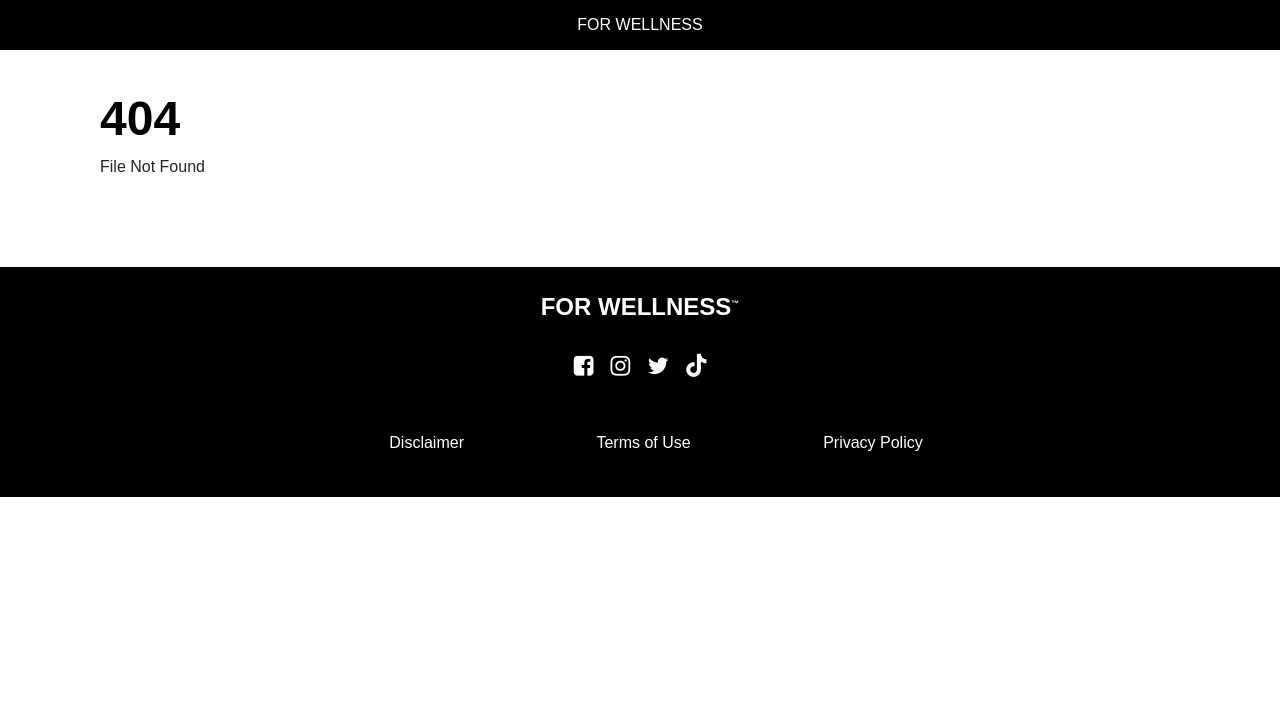
Repository: dariusprince90/wellness-landing
Page: 404.html
An editor plug-in stored every save of this project. The page is shown before and after the next save, followed by the edit.
The browser window is 1280 px wide. The pictures show the whole page.

Above is the page before, as saved 2023-08-02 16:41:33.

### 404.html
<!doctype html>
<html lang="en">

<head>
    <title>For Wellness Store</title>
    <!-- Required meta tags -->
    <meta charset="utf-8">
    <meta name="viewport" content="width=device-width, initial-scale=1, shrink-to-fit=no">

    <!-- Bootstrap CSS v5.2.1 -->
    <link href="https://cdn.jsdelivr.net/npm/bootstrap@5.2.1/dist/css/bootstrap.min.css" rel="stylesheet"
        integrity="sha384-iYQeCzEYFbKjA/T2uDLTpkwGzCiq6soy8tYaI1GyVh/UjpbCx/TYkiZhlZB6+fzT" crossorigin="anonymous">
    <link rel="stylesheet" href="https://cdnjs.cloudflare.com/ajax/libs/font-awesome/6.4.0/css/all.min.css"
        integrity="sha512-iecdLmaskl7CVkqkXNQ/ZH/XLlvWZOJyj7Yy7tcenmpD1ypASozpmT/E0iPtmFIB46ZmdtAc9eNBvH0H/ZpiBw=="
        crossorigin="anonymous" referrerpolicy="no-referrer" />
    <link rel="stylesheet" href="https://maxcdn.bootstrapcdn.com/font-awesome/4.7.0/css/font-awesome.min.css">
    <link rel="stylesheet" href="css/styles.css">


</head>

<body >
    <header>
        FOR WELLNESS

    </header>
    <main id="termsStyle">

        <h1>404</h1>


<p>File Not Found</p>
</main>
<br />
            <br />
            <br />
        <footer>
            <h2 class="FooterClass">
                FOR WELLNESS<span id="TrademarkIcon">™</span>
            </h2>
            <span id="SocMedSection">
                <i class="fa fa-facebook-square soclmdIcons" aria-hidden="true"></i>
                <i class="fa fa-instagram soclmdIcons" aria-hidden="true"></i>
                <i class="fa fa-twitter soclmdIcons" aria-hidden="true"></i>
                <i class="fa-brands fa-tiktok soclmdIcons"></i>


            </span>
            <br />
            <br />
            <br />

            <span>
                <ul>
                    <li>Disclaimer</li>
                    <li>Terms of Use</li>
                    <li>Privacy Policy</li>

                </ul>

            </span>



        </footer>
        <!-- Bootstrap JavaScript Libraries -->
        <script src="https://cdn.jsdelivr.net/npm/@popperjs/core@2.11.6/dist/umd/popper.min.js"
            integrity="sha384-oBqDVmMz9ATKxIep9tiCxS/Z9fNfEXiDAYTujMAeBAsjFuCZSmKbSSUnQlmh/jp3" crossorigin="anonymous">
            </script>

        <script src="https://cdn.jsdelivr.net/npm/bootstrap@5.2.1/dist/js/bootstrap.min.js"
            integrity="sha384-7VPbUDkoPSGFnVtYi0QogXtr74QeVeeIs99Qfg5YCF+TidwNdjvaKZX19NZ/e6oz" crossorigin="anonymous">
            </script>
</body>

</html>

### css/styles.css
@import url('https://fonts.googleapis.com/css2?family=Lato:wght@900&display=swap');



body,
footer,
header {
    font-family: 'Poppins', sans-serif;
}

header {
    font-family: 'Poppins', sans-serif;
    font-weight: 300;
}

footer,
header,
.s-012-text,
.s-026-text {
    background-color: #000000;
    color: #ffffff;
    text-align: center;
}

.s-020-text,
.s-029-text {
    background-color: #F3772A;
    color: #ffffff;
    text-align: left;
    padding: 2vw;
}

.s-017-text,
.s-019-text,
.s-022-text,
.s-024-text,
.s-027-text,
.s-030-text {
    background-color: #CAC7C6;
    color: #ffffff;
    text-align: left;
    padding: 2vw;
}

header {
    padding: 1vw;
}

footer {
    bottom: 0;
    position: static;
    padding: 2vw;
}

ul li,
li {
    text-decoration: none;
    display: inline;
    padding: 0vw 5vw 0vw 5vw;
    margin-top: 2vw;
}

section {
    padding: 2vw;
}

.soclmdIcons {
    font-size: 1.8vw;
    padding: 0.5vw;

}

#SocMedSection {
    margin: 5vw;
}

/*
----------------------------------------------------------------
                Font styles
----------------------------------------------------------------
*/

h1 {
    font-weight: 700;
    font-size: 3rem;
    color: #000000;
}

h2 {
    font-weight: 700;
    font-size: 2.5rem;
    color: #000000;
}

h3 {
    font-weight: 700;
    font-size: 2.3rem;
    color: #000000;
    text-align: center;
}

h4 {
    font-weight: 500;
    font-size: 1.8rem;
    font-style: italic;
    color: #000000;
    text-align: center;
}

p {}

.Sec-2-title {
    text-align: center;
}


.emphasis_Orange {
    color: #F3772A;
}

.emphasis_OrangeBoldTitle {
    color: #F3772A;
    font-weight: 700;
}

.emphasis_Red {
    color: #EE1414;
    font-weight: 700;
}

.OrangeBox {
    color: #ffffff;
    background-color: #F3772A;
    border-radius: 1px solid transparent;
    text-align: center;
    margin: 5vw;
    padding: 1vw 4vw;
}

#Sec-2-ItalicStyle {
    font-weight: 700;
    font-style: italic;
}

#Sec-11-subtitle {
    font-weight: 900;
    color: #F3772A;
}

.ImgColPhil {
    width: 0.1vw;
    height: 30vw;
}

.ImgColIcons {
    width: 1vw;
    height: 2vw;
    /* padding: 1vw; */
}

.IconRow {
    padding: 1vw;
}

.FooterClass {
    margin-bottom: 2vw;
    font-size: 1.5rem;
    color: #ffffff;
}

#TrademarkIcon {
    font-size: 0.5rem;
    vertical-align: super;
    color: #ffffff;
}

/*
----------------------------------------------------------------
                Section styles for landing page
----------------------------------------------------------------
*/

.s-001-text {
    background-image: url("../img/001/Main_Coffee_Img.png");
    height: 50vh;
    width: 100%;
    background-repeat: no-repeat;
    background-position: center;
    padding: 5vw;
}

.s-002-text {
    text-emphasis: none;
}

.s-003-text {
    background-image: url("../img/003/Creamed_Coffee_Background.png");
    height: 44vh;
    width: 100%;
    background-repeat: no-repeat;
    background-position: center;
    padding: 5vw;
    color: #ffffff;
}

.s-004-text {
    text-emphasis: none;
}

.s-005-text {
    background-image: url("../img/005/Iced_Coffee_Background.png");
    height: 70vh;
    width: 100%;
    background-repeat: no-repeat;
    background-position: center;
    text-align: center;
}

.s-006-text {
    text-emphasis: none;
}


.s-007-text {
    background-image: url("../img/007/Dave_Background.png");
    height: 70vh;
    width: 100%;
    background-repeat: no-repeat;
    background-position: right;
    padding: 5vw;
    text-align: left;
}

.s-008-text {
    text-align: center;
}

.s-009-text {
    background-image: url("../img/009/collage.png");
    height: 70vh;
    width: 100%;
    background-repeat: no-repeat;
    background-position: right;
}

.s-010-text {
    text-emphasis: none;
}

.s-011-text {
    background-image: url("../img/011/Phil_background.png");
    height: 70vh;
    width: 100%;
    background-repeat: no-repeat;
    background-position: right;
}

.s-012-text {
    padding: 3vw 10vw 2vw 10vw;
    font-size: 1.2rem;
    font-weight: 300;
}

.s-013-text {
    text-emphasis: none;
}

.s-014-text {
    background-color: #F7F7F7;
}

.s-015-text {
    background-image: url("../img/015/FW_black_Background.png");
    height: 70vh;
    width: 100%;
    background-repeat: no-repeat;
    background-position: right;
    color: #ffffff;
}

#Sec-012-title,
#Sec-015 {
    color: #ffffff;
}

#Sec-012-title {
    padding-bottom: 2vw;
}

.Sec-012-subtitle {
    padding-bottom: 2vw;
}

.s-016-text {
    text-align: justify;
    padding: 3vw 10vw 2vw 10vw;
    font-size: 1.2vw;
}


.s-017-text {
    text-emphasis: none;
}

.s-018-text {
    text-align: center;
}

.s-019-text {
    text-emphasis: none;
}

.s-020-text {
    text-emphasis: none;
}

.s-021-text {
    text-emphasis: none;
}


.s-022-text {
    text-emphasis: none;
}

.s-023-text {
    text-emphasis: none;
}

.s-024-text {
    text-emphasis: none;
}

.s-025-text {
    text-emphasis: none;
}

.s-026-text {
    text-emphasis: none;
}

.s-027-text {
    text-emphasis: none;
}

.s-028-text {
    text-emphasis: none;
}

.s-029-text {
    text-emphasis: none;
}

.s-030-text {
    text-emphasis: none;
}

.s-031-text {
    text-align: center;
}

.BlackBox {
    background-color: #000000;
    color: #ffffff;
    text-align: center;
}

.BlackBoxSm {
    background-color: #000000;
    color: #ffffff;
    text-align: right;
    width: 15%;
    padding: .5vw;
}

.BlackBoxTitle {
    background-color: #000000;
    color: #F3772A;
    text-align: left;
    text-transform: capitalize;
}

/* .CoffeeFactsStyle {}

.CoffeecontentsStyle {} */
/*

*/

#termsStyle {
    text-align: justify;
    padding-left: 100px;
    padding-right: 100px;
    padding-top: 40px;

}

.termsSubtitle {
    font-weight: bold;
    font-size: 2vw;
}

After the next save:
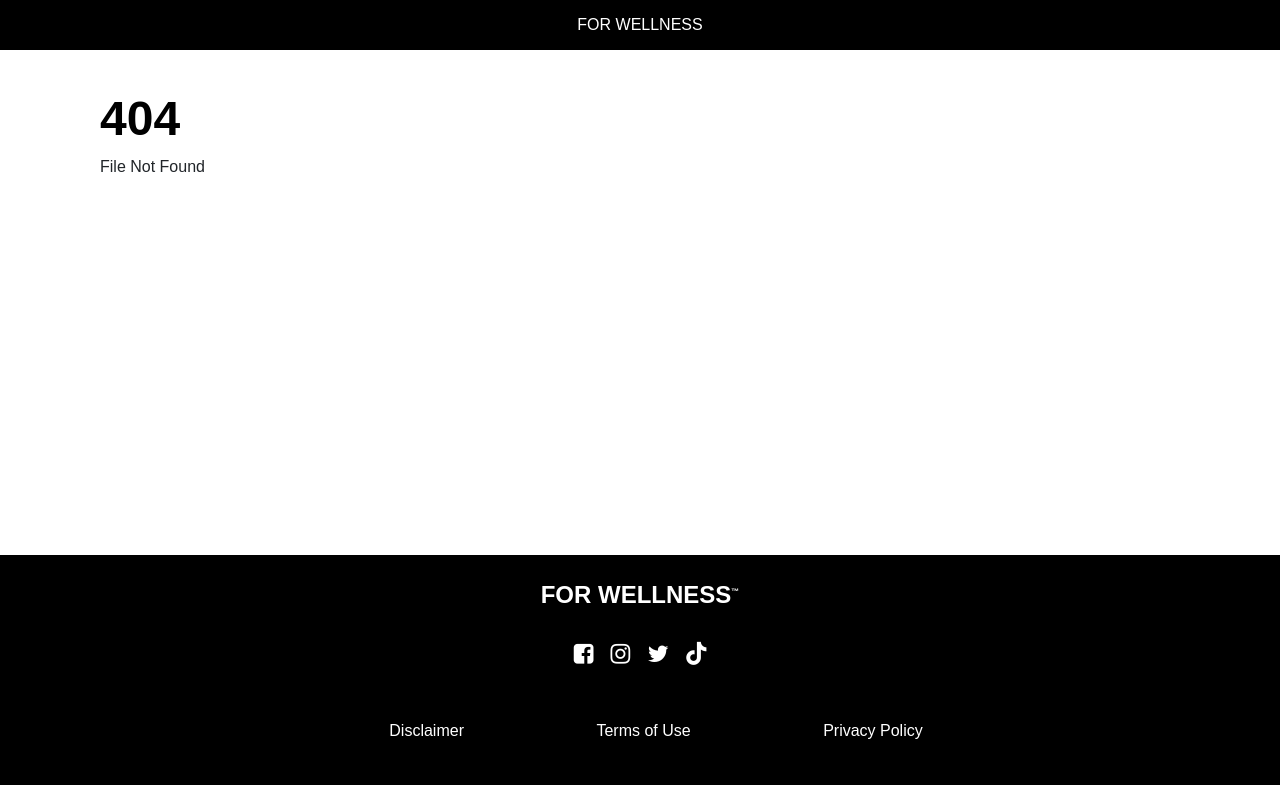
Saved 5 s later.
--- a/404.html
+++ b/404.html
@@ -32,6 +32,15 @@
 <p>File Not Found</p>
 </main>
 <br />
+            <br />
+            <br />
+            <br />
+            <br />
+            <br /><br />
+            <br />
+            <br /><br />
+            <br />
+            <br /><br />
             <br />
             <br />
         <footer>
